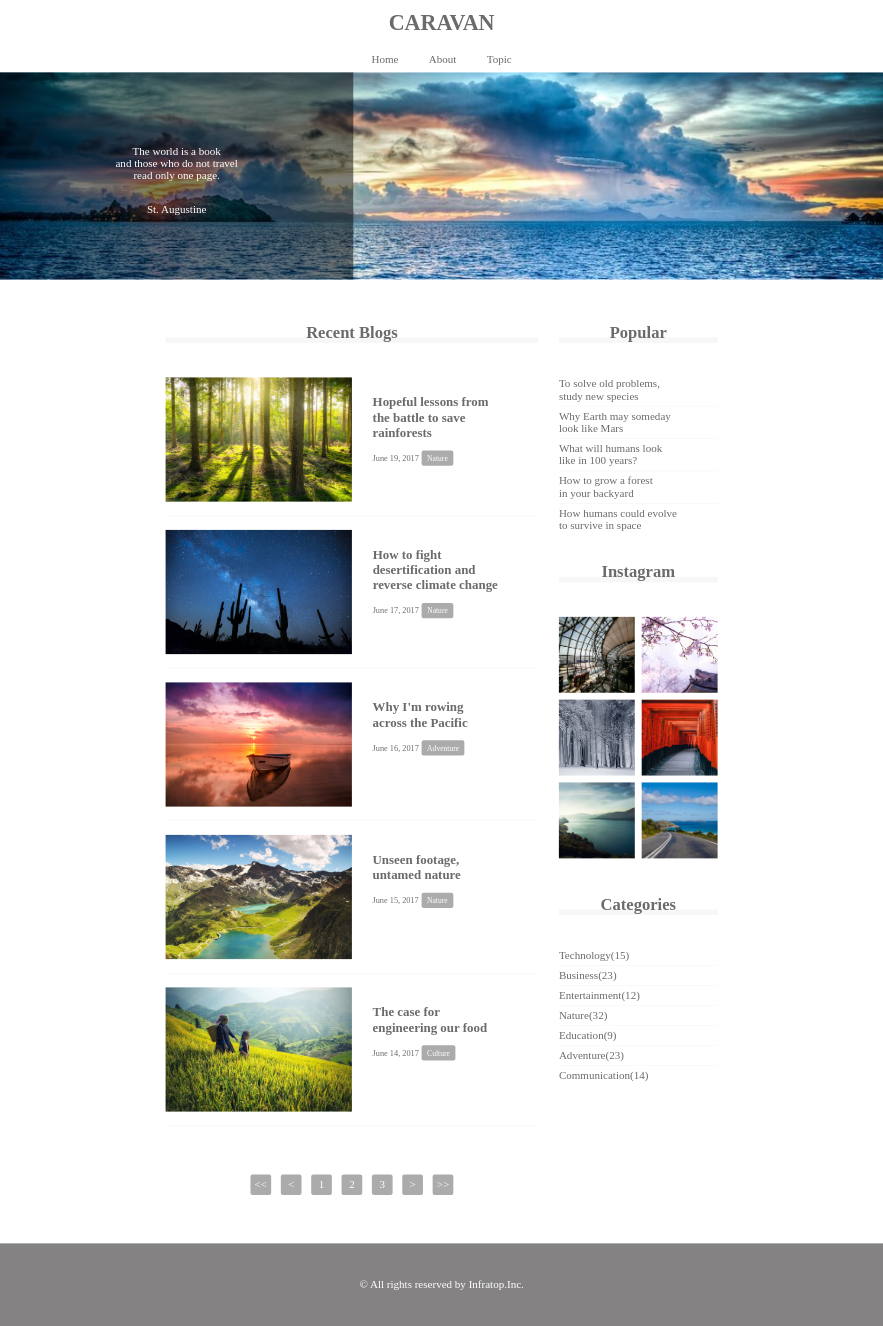
Repository: kowatann/sample_app
Page: caravan/index.html
The author's editor kept a record of every edit. The page is drawn from the files as they stood at one moment, then again after the next edit.
The browser window is 1280 px wide. The pictures show the whole page, at 69% of full size.
Some web libraries are served in a nearby version.

Above is the page before.

### caravan/index.html
<!DOCTYPE html>
<html lang="ja">
  <head>
    <meta charset="UTF-8" />

    <script src="https://kit.fontawesome.com/e8d2f3c1d8.js" crossorigin="anonymous"></script>

    <link rel="stylesheet" href="style.css" />
    <title>CARAVAN</title>
  </head>

  <body>

    <header>
      <h1 class="heading">
        <a href="index.html">
          CARAVAN
        </a>
      </h1>
    </header>


    <nav>
      <ul class="nav-list">
        <li class="nav-list-item">
          <a href="index.html">Home</a>
        </li>
        <li class="nav-list-item">About</li>
        <li class="nav-list-item">Topic</li>
      </ul>
    </nav>


    <div class="main-visual">
      <div class="main-visual-content">
        <p class="main-visual-text">
          The world is a book<br />
          and those who do not travel<br />
          read only one page.
        </p>
        <p class="main-visual-name">
          St. Augustine
        </p>
      </div>
    </div>


    <main>
      <section class="blog">
        <h2 class="blog-heading">Recent Blogs</h2>
        <div class="blog-box">
          <div class="blog-item">
            <img class="blog-image" src="img/forest.jpg" />
            <section class="blog-text">
              <h3 class="blog-text-heading">
                <a href="single.html">
                  Hopeful lessons from<br />
                  the battle to save<br />
                  rainforests
                </a>
              </h3>
              <p class="blog-date">June 19, 2017</p>
              <span class="category">Nature</span>
            </section>
          </div>
          <div class="blog-item">
            <img class="blog-image" src="img/desert.jpg" />
            <section class="blog-text">
              <h3 class="blog-text-heading">
                <a href="single.html">
                  How to fight<br />
                  desertification and<br />
                  reverse climate change
                </a>
              </h3>
              <p class="blog-date">June 17, 2017</p>
              <span class="category">Nature</span>
            </section>
          </div>
          <div class="blog-item">
            <img class="blog-image" src="img/sunset.jpg" />
            <section class="blog-text">
              <h3 class="blog-text-heading">
                <a href="single.html">
                  Why I'm rowing<br />
                  across the Pacific
                </a>
              </h3>
              <p class="blog-date">June 16, 2017</p>
              <span class="category">Adventure</span>
            </section>
          </div>
          <div class="blog-item">
            <img class="blog-image" src="img/italy.jpg" />
            <section class="blog-text">
              <h3 class="blog-text-heading">
                <a href="single.html">
                  Unseen footage,<br />
                  untamed nature
                </a>
              </h3>
              <p class="blog-date">June 15, 2017</p>
              <span class="category">Nature</span>
            </section>
          </div>
          <div class="blog-item">
            <img class="blog-image" src="img/asia.jpg" />
            <section class="blog-text">
              <h3 class="blog-text-heading">
                <a href="single.html">
                  The case for<br />
                  engineering our food
                </a>
              </h3>
              <p class="blog-date">June 14, 2017</p>
              <span class="category">Culture</span>
            </section>
          </div>
        </div>
        <div class="pagination">
          <p><<</p>
          <p><</p>
          <p>1</p>
          <p>2</p>
          <p>3</p>
          <p>></p>
          <p>>></p>
        </div>      </section>
      <div class="sidebar">
        <section class="popular">
          <h2 class="popular-heading common-heading">Popular</h2>
          <div class="sidebar-contents">
            <p class="popular-text">
              To solve old problems,<br />study new species
            </p>
            <p class="popular-text">
              Why Earth may someday<br />look like Mars
            </p>
            <p class="popular-text">
              What will humans look<br />like in 100 years?
            </p>
            <p class="popular-text">
              How to grow a forest<br />in your backyard
            </p>
            <p class="popular-text">
              How humans could evolve<br />to survive in space
            </p>
          </div>
        </section>
        <section class="instagram">
          <h2 class="instagram-heading common-heading">Instagram</h2>
          <div class="sidebar-contents">
            <div class="instagram-box"></div>
            <div class="instagram-box"></div>
            <div class="instagram-box"></div>
            <div class="instagram-box"></div>
            <div class="instagram-box"></div>
            <div class="instagram-box"></div>
          </div>
        </section>
        <section class="categories">
          <h2 class="categories-heading common-heading">Categories</h2>
          <div class="sidebar-contents">
            <p class="categories-text">Technology(15)</p>
            <p class="categories-text">Business(23)</p>
            <p class="categories-text">Entertainment(12)</p>
            <p class="categories-text">Nature(32)</p>
            <p class="categories-text">Education(9)</p>
            <p class="categories-text">Adventure(23)</p>
            <p class="categories-text">Communication(14)</p>
          </div>
        </section>
      </div>
    </main>


    <footer>
      <p class="footer-text">© All rights reserved by Infratop.Inc.</p>
    </footer>
  </body>
</html>

### caravan/style.css
* {
  margin: 0;
  padding: 0;
  box-sizing: border-box;
  color: #6c6b6b;
}

a {
  text-decoration: none;
}

header {
  width: 90%;
  padding: 15px 0;
  margin: 0 auto;
  text-align: center;
  position: relative;
}

.social i {
  daisplay: inline-block;
  margin-left: 20px;
}


header .heading {

  font-size: 32px;
}

.nav-list {
  text-align: center;
  padding: 10px 0;
  margin: 0 auto;
}

.nav-list-item {
  list-style: none;
  display: inline-block;
  margin: 0 20px;
}

.main-visual {
  width: 100%;
  height: 300px;
  background-image: url(img/mv.jpg);
  background-size: cover;
  background-position: center;
}

.main-visual-content {
  width: 40%;
  height: 300px;
  background-color: rgba(0, 0, 0, 0.5);
  text-align: center;
  padding-top: 105px;
}

.main-visual-text {
  color: #fff;
}

.main-visual-name {
  margin-top: 30px;
  color: #fff;
}

main {
  width: 800px;
  display: flex;
  justify-content: center;
  margin: 0 auto;
  padding: 70px 0;
}

.blog {
  width: 540px;
  margin-right: 30px;
}

.blog-heading {
  border-bottom: 8px solid #f7f7f7;
  text-align: center;
  line-height: 0.6;
}

.blog-box {
  padding-top: 50px;
}

.blog-item {
  padding-bottom: 20px;
  margin-bottom: 20px;
  border-bottom: 1px solid #f7f7f7;
  display: flex;
  justify-content: flex-start;
}

.blog-image {
  height: 180px;
}

.blog-text {
  padding: 25px 0 0 30px;
}

.blog-text-heading {
  padding-bottom: 15px;
}

.blog-date {
  font-size: 12px;
  display: inline-block;
}

.category {
  display: inline-block;
  padding: 5px 8px;
  background-color: #acabab;
  border-radius: 3px;
  color: #fff;
  font-size: 11px;
}

.pagination {
  text-align: center;
  padding-top: 50px;
}

.pagination p {
  display: inline-block;
  width: 30px;
  height: 30px;
  margin: 0 5px;
  color: #fff;
  background-color: #acabab;
  border-radius: 3px;
  line-height: 30px;
}
.sidebar {
  width: 230px;
}

.common-heading {
  border-bottom: 8px solid #f7f7f7;
  text-align: center;
  line-height: 0.6;
}

.sidebar-contents {
  padding: 50px 0;
}

.popular-text,
.categories-text {
  padding-bottom: 5px;
  border-bottom: 1px solid #f7f7f7;
  margin-bottom: 5px;
}
.popular-text:last-child,
.categories-text:last-child {
  margin: 0;
  padding: 0;
  border: none;
}

.instagram .sidebar-contents {
  display: flex;
  flex-wrap: wrap;
}

.instagram-box {
  width: 110px;
  padding-top: 110px;
  background-size: cover;
  background-position: center;
  margin-bottom: 10px;
}

.instagram-box:nth-child(odd) {
  margin: 0 10px 10px 0;
}

.instagram-box:nth-child(1) {
  background-image: url(img/airport.jpg);
}

.instagram-box:nth-child(2) {
  background-image: url(img/japan.jpg);
}

.instagram-box:nth-child(3) {
  background-image: url(img/snow.jpg);
}

.instagram-box:nth-child(4) {
  background-image: url(img/japan2.jpg);
}

.instagram-box:nth-child(5) {
  background-image: url(img/lake.jpg);
}

.instagram-box:nth-child(6) {
  background-image: url(img/road.jpg);
}

footer {
  width: 100%;
  height: 120px;
  text-align: center;
  line-height: 120px;
  background-color: #848282;
}

.footer-text {
  color: #fff;
}

After the next edit:
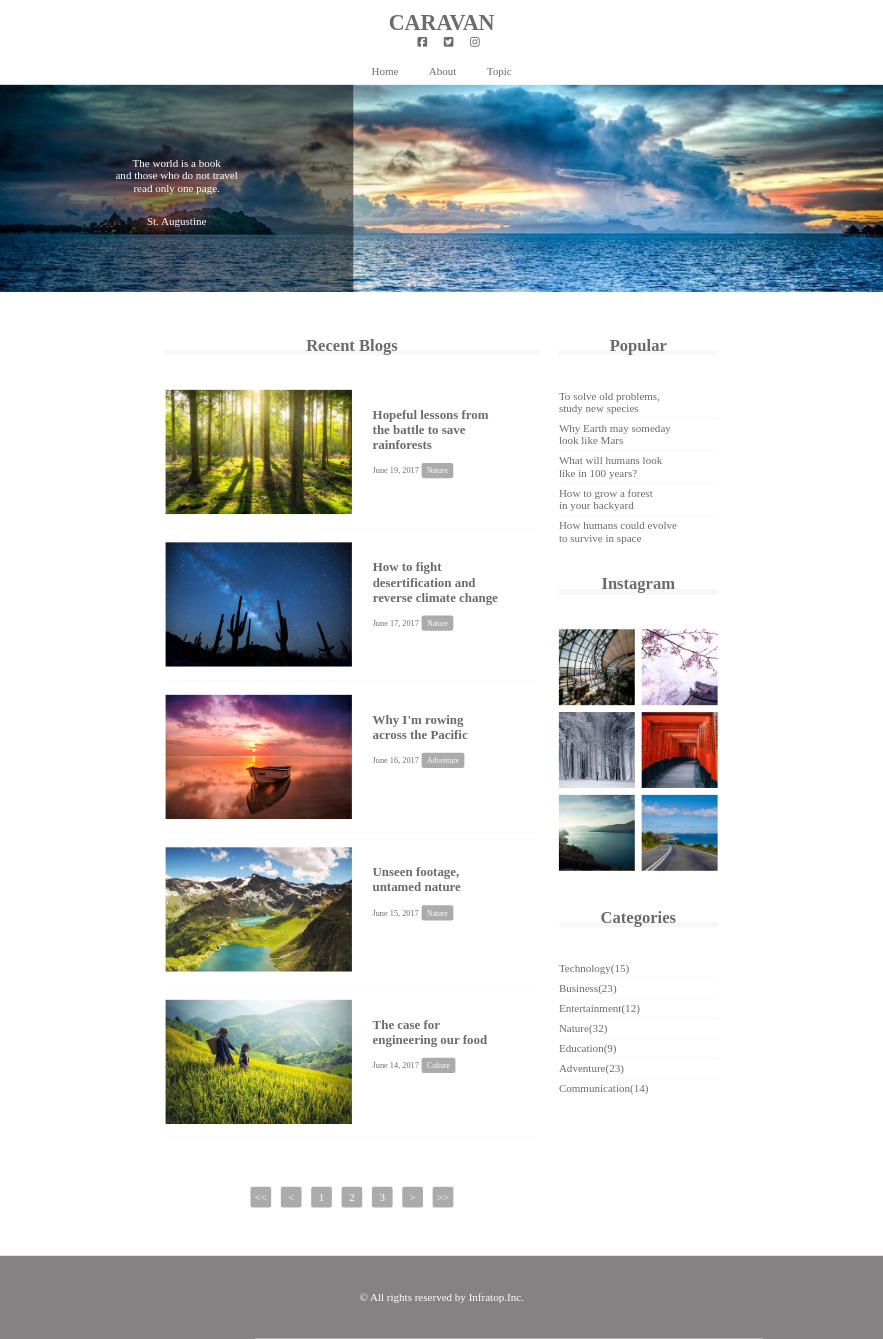
The edit:
--- a/caravan/index.html
+++ b/caravan/index.html
@@ -17,6 +17,12 @@
           CARAVAN
         </a>
       </h1>
+      <div class="social">
+
+        <i class="fab fa-facebook-square"></i>
+        <i class="fab fa-twitter-square"></i>
+        <i class="fab fa-instagram"></i>
+      </div>
     </header>
 
 
